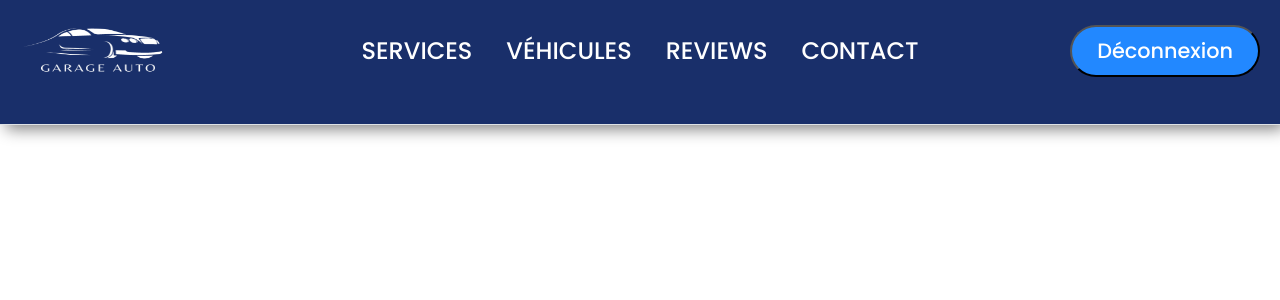
Repository: haifabilel/garage_ecf
Page: http://localhost/espace_admin/admin_page.php
An editor plug-in stored every save of this project. The page is shown before and after a run of saves, followed by the edit.
The browser window is 1280 px wide. The pictures show the whole page.
Some web fonts or font styles are not loaded; a fallback is used. Some web libraries are served in a nearby version. The page is run by PHP 8.4 with error messages shown; the project is at /var/www/html/.

Above is the page before, as saved 2023-10-14 14:10:52.

### espace_admin/admin_page.php
<?php
 require_once ('connexion.php');



 ?>
<!DOCTYPE html>
<html lang="fr">
 <head>
        <meta charset="utf-8">
        <meta http-equiv="X-UA-Compatible" content="IE=edge">
        <title>garage</title>
        <meta name="description" content="Notre garage est parfaitement équipé, le Garage V.Parrot entretient vos véhicules et propose également des occasions toutes marques garanties. Il assure également le diagnostic et la réparation
         toutes marques de vos véhicules.">
         <meta name="viewport" content="width=device-width, initial-scale=1">
         <link href="https://cdn.jsdelivr.net/npm/bootstrap-icons@1.10.2/font/bootstrap-icons.css" rel="stylesheet"/>
         <link href="https://cdn.jsdelivr.net/npm/bootstrap@5.2.3/dist/css/bootstrap.min.css" rel="stylesheet"/>
            <!-- Bootstrap icons CSS -->
        <link rel="stylesheet" href="https://cdn.jsdelivr.net/npm/bootstrap-icons@1.6.1/font/bootstrap-icons.css">
        <!-- font awesome cdn link-->
        <link rel="stylesheet" href="https://cdnjs.cloudflare.com/ajax/libs/font-awesome/6.3.0/css/all.min.css" integrity="sha512-SzlrxWUlpfuzQ+pcUCosxcglQRNAq/DZjVsC0lE40xsADsfeQoEypE+enwcOiGjk/bSuGGKHEyjSoQ1zVisanQ==" crossorigin="anonymous" referrerpolicy="no-referrer">
            <!-- Bootstrap -->
        <link rel="stylesheet" href="https://cdn.jsdelivr.net/npm/bootstrap@5.2.3/dist/css/bootstrap.min.css" integrity="sha384-rbsA2VBKQhggwzxH7pPCaAqO46MgnOM80zW1RWuH61DGLwZJEdK2Kadq2F9CUG65" crossorigin="anonymous">
            <!-- CSS Link -->
        <link rel="stylesheet" href="../css/style.css">
    </head>
    <header class="d-flex flex-wrap align-items-center justify-content-center justify-content-md-between py-3 mb-4 border-bottom">
      <div class="col-md-3 mb-2 mb-md-0">
      <a href="../index.php" class="logo">
          <img src="../assets/images/1.png" alt="logo" style="width: 190px; height: 140px; ">
        </a>
      </div>

      <ul class="nav col-12 col-md-auto mb-2 justify-content-center mb-md-0">
          <li><a href="#services" class="nav-link" px-2>services</a></li>
          <li><a href="./templates/vehicules.php" class="nav-link" px-2>Véhicules</a></li>
          <li><a href="#reviews" class="nav-link" px-2>Reviews</a></li>
          <li><a href="./templates/contact.php" class="nav-link" px-2>Contact</a></li>
      </ul>

      <div class="col-md-3 text-end">
      <button class="button" id="btn-login" >Déconnexion </button>
      </div>
    </header>
    <section>
<h2>Pannel admin : Bienvenue Mr Parrot</h2>



    </section>

### espace_admin/connexion.php
<?php

//connexion à la bdd
$user = 'root';
$pass = '';
try {
    $conn = new PDO('mysql:host=localhost;dbname=ecf',$user, $pass);
    $conn->setAttribute(PDO::ATTR_ERRMODE , PDO::ERRMODE_EXCEPTION);

}catch(PDOException $e){
  // Enregistrement du message d'erreur dans le fichier bdlogs.log pour sécuriser les coordonnées.
  file_put_contents('bdlogs.log', $e->getMessage().PHP_EOL, FILE_APPEND);

}


?>

### css/style.css
@import url('https://fonts.googleapis.com/css2?family=Cormorant+Garamond:ital,wght@1,300;1,400;1,500;1,600;1,700&family=Crimson+Text:wght@400;600&family=EB+Garamond:wght@700&family=Lora:ital@1&family=Nanum+Myeongjo:wght@400;700;800&family=Poppins:ital,wght@0,300;0,500;0,600;1,200;1,300;1,400;1,500&display=swap');
*{
    margin: 0;
    padding: 0;
    box-sizing: border-box;
    outline:none;
    text-decoration:none;
    font-family: 'Poppins' , sans-serif;
}
/*Variables*/
:root{
    --main-color:#2288ff;
    --second-color:#192f6a;
    --text-color:#314862;
    --bg-color:#fff;
    --bg-box: #c6c4c462;
}
/*header starts*/
header{
    display:block;
    width:100%;
    height: 160px;
    background: var(--second-color);
    position: fixed;
    top:-35px;
    left:0;
    z-index:100;
    box-shadow: 5px 5px 15px -1px #808080;
}
.nav{
    display:flex;
    align-items: center;
    justify-content:space-between;
    padding: 20px;
    display:flex;
}

.nav a {
    padding: 8px 17px;
    color: var(--bg-color);
    font-size:1.5rem;
    text-transform:uppercase;
    text-decoration: none;
}
.nav a:hover{
    transform: scale(1.1);
    transition:0.2s;
    color:var(--main-color);
}
.button{
    margin-right: 20px;
    padding: 8px 25px;
    background-color:var(--main-color);
    color:var(--bg-color);
    border-radius: 5rem;
    font-size: 1.3rem;
   text-decoration: none;
}
.button:hover{
   transform:scale(1.1);
    transition: 0.2s;
    color: var(--bg-color);
}
/* header ends */
/* home starts */
.home{
    margin-top:6rem;
}
h2{
    margin-left: 8rem;
     text-align: center;
     color:var(--main-color);
     font-size: 2rem;
     background-color: var(--bg-box);
     display:block;
     width:80%;
 }
/* home ends */
/* section services starts */
h1{
    color: var(--main-color);
}
.vehicules{
    color: red;
}
.container-services{
    width:100wh;
}
.row{
   padding: 20px;
   display:flex;
}
.card{
    margin-left: 20px;
    box-shadow: 5px 5px 10px -1px #808080;
    width: 95%;
}
.card:hover{
    background-color: var(--bg-box);
}
/* section services ends */
/* registre_page starts */
.form-container{
   height:100vh;
    width:100%;
    display:flex;
    align-items: center;
    justify-content: center;
    margin: auto;
    padding:20px;
    background: #eee;

}
.form-container form{
   padding: 20px;
   border-radius:5px;
   box-shadow: 0 5px 10px rgba(0,0,0,.1);
   background:white;
   text-align:center;
   width:500px;
}
.form-container form input,
.form-container textarea,
.form-container form select{
    width:100%;
    padding:10px 15px;
    font-size:20px;
    margin:8px 0;
    background: #eee;
}
.form-container form select option{
    background: white;

}
.form-btn{
    background-color: blue;

}
.form-container form a {
    text-decoration: none;
}
.error-msg{
    color:white;
    margin:10px 0;
    display: block;
    background-color: red;
    font-size: 20px;
}
/* registre_page ends */
/* vehicules page starts */

.js-filter-form{
background-color: var(--bg-box);

}
.kilométrage, .Années{
    margin-bottom: 20px;

}
 h3{
    text-align: center;
    background-color:var(--second-color);
    color:white;
    width: 100%;

}
.js-filter-form h3{
    color: var(--bg-color);
}
.js-filter-form p{
    padding: 0 10px;
    font-size: 0.7rem;

}
.field{
    padding: 0 20px;

}
.field input{

    text-align: center;
    -moz-appearance:textfield;

}



.slider{
    height: 7px;
    background-color: var(--bg-color);
    position: relative;
    width: 90%;
    margin:0 20px;
    border-radius: 5px;

}
.slider .progress{
    background-color: var(--main-color);
    margin:0 20px;
    height: 7px;
    left:1%;
    right:1%;
    position:absolute
}
.range-input{
    position: relative;
}
.range-input input{
    position:absolute;
    top:-7px;
    height:5px;
    width:100%;
    -webkit-appearance: none;
    pointer-events: none;
    background: none;
}
input[type="range"]::-webkit-slider-thumb{
    height: 17px;
    width: 17px;
    border-radius: 50%;
    pointer-events: auto;
    -webkit-appearance: none;
    background: var(--main-color);
}
input[type="range"]::-moz-range-thumb{
    height: 17px;
    width: 17px;
    border-radius: 50%;
    pointer-events: auto;
    -moz-appearance: none;
    background: var(--main-color);
}
#Contact{
    margin-top: -50px;
}
.js-filter-content{
    display:flex;
}
.card-deck .card{
   margin-bottom:30px;
}
/* vehicules page ends */
/* footer starts */
footer{
    background-color:var(--bg-box);
    height: 250px;
    width: 100wh;

}
iframe{
    width:520px;
    height: 250px;
    position: absolute;
    z-index: 1;

  }

After the next 2 saves:
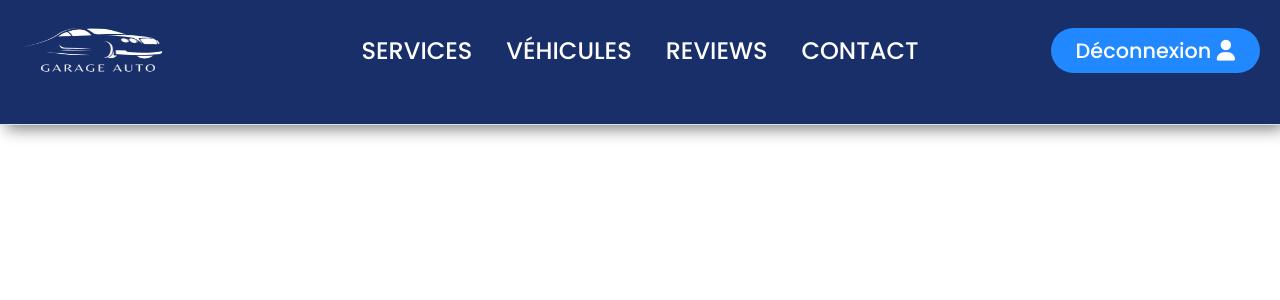
The 2 saves are shown as one change because they came seconds apart.
The last was saved 58 s later.
--- a/espace_admin/admin_page.php
+++ b/espace_admin/admin_page.php
@@ -39,7 +39,7 @@
       </ul>
 
       <div class="col-md-3 text-end">
-      <button class="button" id="btn-login" >Déconnexion </button>
+      <a href="../index.php"  class="button" id="btn-login" >Déconnexion <i class="fa-solid fa-user"></i></a>
       </div>
     </header>
     <section>
